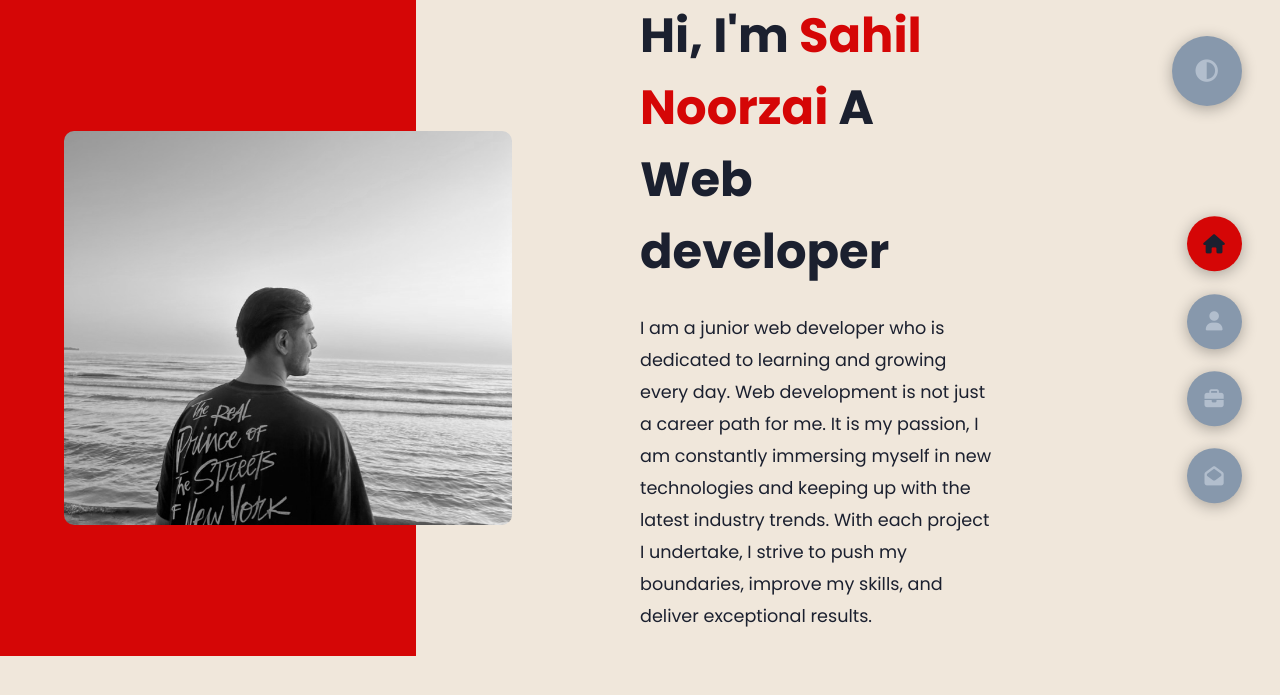
Repository: nftGambler/noorzai-portfolio
Page: index.html
An editor plug-in stored every save of this project. The page is shown before and after the next save, followed by the edit.
The browser window is 1280 px wide. The pictures show the whole page.
After loading, the first visible `div.theme-btn` was clicked once.
The style sheet was rebuilt from its Sass, Less or Tailwind sources for each picture, by a compiler version that may differ from the author's.

Above is the page before, as saved 2023-11-23 21:34:47.

### index.html
<!DOCTYPE html>
<html lang="en">
<head>



  <link rel="stylesheet" href="https://cdnjs.cloudflare.com/ajax/libs/font-awesome/6.4.0/css/all.min.css" integrity="sha512-iecdLmaskl7CVkqkXNQ/ZH/XLlvWZOJyj7Yy7tcenmpD1ypASozpmT/E0iPtmFIB46ZmdtAc9eNBvH0H/ZpiBw==" crossorigin="anonymous" referrerpolicy="no-referrer">
  <link rel="stylesheet" href="/style/styles.css">
  <link rel="preconnect" href="https://fonts.googleapis.com">
  <link rel="preconnect" href="https://fonts.gstatic.com" crossorigin>
  <link href="https://fonts.googleapis.com/css2?family=Poppins:wght@400;500;600;700;800&display=swap" rel="stylesheet">
  <meta charset="UTF-8">
  <meta http-equiv="X-UA-Compatible" content="IE=edge">
  <meta name="viewport" content="width=device-width, initial-scale=1.0">
  <title>Portfolio</title>
</head>
<body class="main-content">

<header class="section sec1 header active" id="home">
  <div class="header-content">
    <div class="left-header">
      <div class="h-shape"></div>
      <div class="image">
        <img src="/images/D34CA683-6714-454B-97C2-18B314A18C3F_1_105_c.jpeg">
      </div>


    </div>
    <div class="right-header">
  <h1 class="name">Hi, I'm <span>Sahil Noorzai</span> A Web developer</h1>
  <p>
    I am a junior web developer who is dedicated to learning and growing
    every day. Web development is not just a career path for me. It is my passion, I am constantly
    immersing myself in new technologies and keeping up with the latest industry trends.
    With each project I undertake, I strive to push my boundaries, improve my skills, and deliver exceptional results.
  </p>

    </div>
  </div>

</header>

<main>
  <section class="section sec2 about" id="about">

    <div class="main-title">
        <h2>About <span>me</span> <span class="bg-text"></span></h2>
    </div>

    <div class="about-container">
      <div class="left-about">
        <h4>Information About me</h4>
        <p>
          As a passionate front-end developer, I have embarked on an inspiring self-taught
          journey for the past 1.5 years. Motivated by deep curiosity for web development and a desire
          to expand my skillset, I have dedicated countless hours to honing my craft independently. Throughout this time,
          I have proactively sought out a diverse range of resources, online tutorials, and coding communities, which have played
          a pivotal role in shaping my expertise. From humble beginnings to successfully completing numerouse personal projects, each step
          of this transformative journey has reinforced my adaptabillity, resourcefulness, and unwavering commitment to excellence in front-end development.
        </p>

        <div class="btn-con">

        </div>

      </div>

      <div class="right-about">
        <div class="about-item">
          <div class="abt-text">
            <p class="large-text">Javascript</p>

          </div>
        </div>
        <div class="about-item">
          <div class="abt-text">
            <p class="large-text">React JS</p>

          </div>
        </div>
        <div class="about-item">
          <div class="abt-text">
            <p class="large-text">HTML/HTML5</p>

          </div>
        </div>
        <div class="about-item">
          <div class="abt-text">
            <p class="large-text">CSS/Tailwind-CSS</p>

          </div>
        </div>
      </div>

    </div>

    <div class="about-stats">
      <h4 class="stat-title">My Skills</h4>
  </section>


  <section class="section sec3 portfolio" id="portfolio">

  <div class="main-title">
      <h2>My <span>Portfolio</span><span class="bg-text"></span></h2>
  </div>
  <p class="port-text">
    Several hands-on projects from reputable online courses and tutorials.
  </p>

<div class="portfolios">



  <div class="portfolio-item">
    <div class="image">
      <img src="/images/pngwing.com-3.png" alt="">
    </div>
    <div class="hover-items">

      <h3>Project Source</h3>
      <div class="icons">
        <a class="icon" href="https://countriesrestapiproject.netlify.app" target="_blank">
          <i class="fab fa-github"></i>
        </a>
      </div>

    </div>


  </div>


  <div class="portfolio-item">
    <div class="image">
      <img src="/images/crypto.png" alt="">
    </div>
    <div class="hover-items">

      <h3>Project Source</h3>
      <div class="icons">
        <a class="icon" href="https://crypto-project-portfolio.netlify.app" target="_blank">
          <i class="fab fa-github"></i>
        </a>
      </div>

    </div>


  </div>





  <div class="portfolio-item">
    <div class="image">
      <img src="/images/6831872.png" alt="">
    </div>
    <div class="hover-items">

      <h3>Project Source</h3>
      <div class="icons">
        <a class="icon" href="https://nftgambler.github.io/Game/" target="_blank">
          <i class="fab fa-github"></i>
        </a>
      </div>

    </div>


  </div>


  <div class="portfolio-item">
    <div class="image">
      <img src="/images/pngwing.com (1).png" alt="">
    </div>
    <div class="hover-items">

      <h3>Project Source</h3>
      <div class="icons">
        <a class="icon" href="https://amazon-portfolio-project.netlify.app/" target="_blank">
          <i class="fab fa-github"></i>
        </a>
      </div>

    </div>


  </div>


  <div class="portfolio-item">
    <div class="image">
      <img src="/images/youtube-logo-png-2067.png" alt="">
    </div>
    <div class="hover-items">

      <h3>Project Source</h3>
      <div class="icons">
        <a class="icon" href="https://youtube-portfolio-project.netlify.app" target="_blank">
          <i class="fab fa-github"></i>
        </a>
      </div>

    </div>


  </div>




  <div class="portfolio-item">
    <div class="image">
      <img src="/images/icons8-pair-app-500.png" alt="">
    </div>
    <div class="hover-items">

      <h3>Project Source</h3>
      <div class="icons">
        <a class="icon" href="https://small-api-project.netlify.app" target="_blank">
          <i class="fab fa-github"></i>
        </a>
      </div>

    </div>


  </div>
</div>


  </section>


  <section class="section sec5 contacts" id="contact">

    <div class="contact-container">
      <div class="main-title">
        <h2>Contact<span>Me</span><span class="bg-text"></span></h2>
      </div>
      <div class="contact-content-container">
        <div class="left-contact">

          <div class="contact-info">
            <div class="contact-item">
              <div class="icon">
                <i class="fas fa-envelope"></i>
                <span>Email</span>
              </div>
              <p>
                <span>sharo.s.n@hotmail.com</span>
              </p>
            </div>

            <div class="contact-item">
              <div class="icon">
                <i class="fas fa-user-graduate"></i>
                <span>Mobile Number</span>
              </div>
              <p>
                <span>438-528-6982</span>
              </p>
            </div>


            <div class="contact-item">
              <div class="icon">
                <i class="fas fa-map-marker-alt"></i>
                <span>Location</span>
              </div>
              <p>
                <span>
                  Montreal, Canada
                </span>
              </p>
            </div>


            <div class="contact-item">
              <div class="icon">
                <i class="fa-solid fa-globe"></i>
                <span>Languages</span>
              </div>
              <p>
                <span>
                  German, Persian, English
                </span>
              </p>
            </div>
          </div>



        </div>



          <div class="right-contact">

            <form action="mailto:sharo.s.n@hotmail.com" method="post" enctype="text/plain">
              <div class="form-group">
                <label for="name">Name:</label>
                <input class="input-control" type="text" id="name" name="name" required>
              </div>
              <div class="form-group">
                <label for="email">Email:</label>
                <input class="input-control" type="email" id="email" name="email" required>
              </div>
              <div class="form-group">
                <label for="message">Message:</label>
                <textarea class="input-control" id="message" name="message" rows="4" required></textarea>
              </div>
              <button class="submit-btn" type="submit">Send</button>
            </form>
          </div>




      </div>

    </div>

  </section>


</main>


<div class="controlls">
  <div class="control control-1 active-btn" data-id="home">
    <i class="fas fa-house"></i>
  </div>
  <div class="control control-2" data-id="about">
    <i class="fas fa-user"></i>
  </div>
  <div class="control control-3" data-id="portfolio">
    <i class="fas fa-briefcase"></i>
  </div>
  <div class="control control-5" data-id="contact">
    <i class="fas fa-envelope-open"></i>
  </div>
</div>

<div class="theme-btn">
  <i class="fas fa-adjust"></i>
</div>




<script src="/app.js"></script>
</body>
</html>

### app.js
const sections = document.querySelectorAll(".section");
const sectBtns = document.querySelectorAll(".controlls");
const allSections = document.querySelectorAll(".main-content");

function PageTransition() {
  // Button click active class
  const sectBtn = document.querySelectorAll(".control");

  for (let i = 0; i < sectBtn.length; i++) {
    sectBtn[i].addEventListener('click', function(){
      let currentBtn = document.querySelector('.active-btn');
      if (currentBtn) {
        currentBtn.classList.remove('active-btn');
      }
      this.classList.add('active-btn');
    });

  }

  allSections.forEach((section) => {
    section.addEventListener('click', (e) => {
      const id = e.target.dataset.id;
      if (id) {
        sectBtns.forEach((btn) => {
          btn.classList.remove('active');
        });
        e.target.classList.add('active');

        sections.forEach((section) => {
          section.classList.remove('active');
        });
        const element = document.getElementById(id);
        element.classList.add('active');
      }
    });
  });
  //Toggle theme
  const themeBtn = document.querySelector('.theme-btn');
  themeBtn.addEventListener('click', () => {
    let element = document.body;
    element.classList.toggle('light-mode')
  })
}

PageTransition();

### style/styles.scss


* {
  margin: 0;
  padding: 0;
  box-sizing: border-box;
  list-style: none;
}


:root {
  --color-primary: #191d2d;
  --color-secondary: #d50606;
  --color-white: #FFFFFF;
  --color-black: #000;
  --color-grey0: #f8f8f8;
  --color-grey-1: #dbe1e8;
  --color-grey-2: #b2becd;
  --color-grey-3: #6c7983;
  --color-grey-4: #454e56;
  --color-grey-5: #2a2e35;
  --color-grey-6: #12181b;
  --br-sm-2: 14px;
  --box-shadow-1: 0 3px 15px rgba(0,0,0,.3)
}

.light-mode{
  --color-primary: rgb(240,231,219);
  --color-secondary: #d50606;
  --color-white: rgb(27,32,47);
  --color-black: #000;
  --color-grey0: #f8f8f8;
  --color-grey-1:rgb(27,32,47);
  --color-grey-2: #b2becd;
  --color-grey-3: #6c7983;
  --color-grey-4: rgb(135, 152, 172);
  --color-grey-5:  #b2becd;
  --color-grey-6: #12181b;
}



body {
  background-color: var(--color-primary);
  font-size: 1.1rem;
  font-family: 'Poppins', sans-serif;
  color: var(--color-white);
  transition: all .4s ease-in-out;
}

a{
  display: inline-block;
  text-decoration: none;
  color: inherit;
  font-family: inherit;
}

header {
  min-height: 100vh;
  color: var(--color-white);
  overflow: hidden;
}

section {
  min-height: 100vh;
  width: 100%;
  position: absolute;
  left: 0;
  top: 0;
  padding: 3rem 18rem;
}


.section{
  transform: translateY(-100);
  transition: all .4s ease-in-out;
  background-color: var(--color-primary);
}

.sec1{
  display: none;
  transform: translateY(0) scale(1);

}

.sec2{
  display: none;
  transform: translateY(0) scale(1);
}

.sec3{
  display: none;
  transform: translateY(0) scale(1);
}

.sec4{
  display: none;
  transform: translateY(0) scale(1);
}

.sec5{
  display: none;
  transform: translateY(0) scale(1);
}

.active{
  display: block;
  animation: scaleAnim 1s ease-in-out;
  @keyframes scaleAnim {
    0%{
      transform: translateY(-100%) scale(0)
    }

     100%{
      transform: translateY(0) scaleY(1);
     }

  }
}


//controls

.controlls{
  position: fixed;
  z-index: 10;
  top: 50%;
  right: 3%;
  display: flex;
  flex-direction: column;
  align-items: center;
  justify-content: center;
  transform: translateY(-50%);



  .active-btn{
    background-color: var(--color-secondary) !important;
    transition: all .4s ease-in-out;
    i{
      color: var(--color-white) !important;
    }
  }

  .control {
    padding: 1rem;
    cursor: pointer;
    background-color: var(--color-grey-4);
    width: 55px;
    height: 55px;
    border-radius: 50%;
    display: flex;
    justify-content: center;
    align-items: center;
    margin: .7rem 0;
    box-shadow: var(--box-shadow-1);
    i{
      font-size: 1.2rem;
      color: var(--color-grey-2);
      pointer-events: none;
    }
  }
}


.theme-btn{
top: 5%;
right: 3%;
width: 70px;
height: 70px;
border-radius: 50%;
background-color: var(--color-grey-4);
cursor: pointer;
position: fixed;
display: flex;
justify-content: center;
align-items: center;
box-shadow: 0 3px 15px rgba(0,0,0,.3);
transition: all .1s ease-in-out;
&:active{
  transform: translateY(-5px);
}
i{
  font-size: 1.4rem;
  color: var(--color-grey-2);
  pointer-events: none;
}
}




.header-content {
  display: grid;
  grid-template-columns: repeat(2, 1fr);
  min-height: 100%;
  .left-header {
    display: flex;
    align-items: center;
    position: relative;
    .h-shape {
      transition: all .4s ease-in-out;
      width: 65%;
      height: 100%;
      background-color: var(--color-secondary);
      position: absolute;
      left: 0;
      top: 0;
      z-index: -1;
      // clip-path: polygon(0 0, 56% 0, 76% 100%, 18% 100%);


    }
    .image {
      border: var(--br-sm-2);
      height: 60%;
      width: 70%;
      margin-left: 4rem;
      // background-color: var(--color-black);
      transition: all .4s ease-in-out;
      border-radius: 10px;
      img {
        width: 100%;
        height: 100%;
        object-fit: cover;
        transition: all .4s ease-in-out;
        border-radius: 10px;


        filter: grayscale(100%);
        &:hover {
          filter: grayscale(0);
        }
      }
    }
  }


  .right-header {
    display: flex;
    flex-direction: column;
    justify-content: center;
    padding-right: 18rem;
    .name {
      font-size: 3rem;

      span{
        color: var(--color-secondary);
      }
    }
    p{
      margin: 1.5rem 0;
      line-height: 2rem;
    }
  }
}



//About

.about-container{
  display: grid;
  grid-template-columns: repeat(2, 1fr);
  padding-top: 3.5rem;
  padding-bottom: 5rem;
  .right-about {
    display: grid;
    grid-template-columns: repeat(2, 1fr);
    grid-gap: 2rem;
    .about-item {
      border: 1px solid var(--color-grey-5);
      border-radius: 5px;
      transition: all .4s ease-in-out;
      box-shadow: 1px 2px 15px rgba(0,0,0,.1);
      &:hover {
        cursor: default;
        transform: translateY(-5px);
        border: 1px solid var(--color-secondary);
        box-shadow: 1px 2px 15px rgba(0,0,0,.32);

      }
      .abt-text{
        padding: 1.5rem;
        display: flex;
        flex-direction: column;
        .large-text{
          margin: auto;
          font-size: 2.5rem;
          font-weight: 700;
          color: var(--color-secondary);
        }
        .small-text{
          padding-left: 3rem;
          position: relative;
          text-transform: uppercase;
          font-size: 1.2rem;
          color: var(--color-grey-1);
          letter-spacing: 2px;
          &::before{
            content: '';
            position: absolute;
            left: 0;
            top: 15px;
            width: 2rem;
            height: 2px;
            background-color: var(--color-grey-5);
          }
        }
      }
    }
  }


  .left-about{
    padding-right: 5rem;
    p{
      line-height: 2rem;
      padding: 1rem;
      color: var(--color-grey-1);
    }
    h4{
      font-size: 2rem;
      text-transform: uppercase;
    }
  }
}


.stat-title {
  text-transform: uppercase;
  font-size: 1.4rem;
  text-align: center;
  padding: 3.5rem 0;
  position: relative;
  // gray line
  &::before{
    content: '';
    position: absolute;
    left: 50%;
    top: 0;
    width: 40%;
    height: 1px;
    background-color: var(--color-grey-5);
    transform: translateX(-50%);
  }
}







//Contact section

.contact-content-container {

  display: flex;
  padding-top: 3.5rem;
  flex-direction: column;
  .left-contact {
    flex: 2;
    h4{
      margin-top: 1rem;
      font-size: 2rem;
      text-transform: uppercase;
    }
    p {
      margin: 1rem 0;
      line-height: 2rem;
    }

    .contact-info{
      .contact-item{
        display: flex;
        align-items: center;
        justify-content: space-between;


        p{
          margin: .3rem 0 !important;
          padding: 0 !important;
        }
        .icon{
          display: grid;
          grid-template-columns: 40px 1fr;
          i{
            display: flex;
            align-items: center;
            font-size: 1.3rem;
          }
        }
      }
    }
    .contact-icon{
      display: flex;
      margin: 2rem;

    }
  }

  .right-contact {
    display: flex;
    flex-direction: column;
    max-width: 500px;
    margin-top: 10rem;


    .input-control {

      background-color: var(--color-grey-5);
      border: none;
      border-radius: 30px;
      font-weight: inherit;
      font-size: inherit;
      font-family: inherit;
      padding: .8rem 1.1rem;
      outline: none;
      width: 100%;
      color: var(--color-white);
      resize: none;
    }
  }

  .submit-btn{

        display: flex;
        justify-content: flex-start;
        padding: .4rem 2rem;
        border-radius: 20px;
        border: none;
        background-color: var(--color-grey-5);
        color: white;
      }



}









/*Independent components*/
.btn-con{
  display: flex;
  align-self: flex-start;
}
.main-btn {
  border-radius: 30px;
  color: inherit;
  font-weight: 600;
  position: relative;
  border: 1px solid var(--color-secondary);
  display: flex;
  align-self: flex-start;
  align-items: center;
  overflow: hidden;
  .btn-text {
    padding: 0 2rem;
  }
  .btn-icon{
    background-color: var(--color-secondary);

    display: flex;
    align-items: center;
    justify-self: center;
    border-radius: 50%;
    padding: 1rem;
  }


  .submit-button{
    background-color: transparent;
    color: white;
    border: none;
  }

  &::before{
    content: '';
    position: absolute;
    top: 0;
    right: 0;
    transform: translateX(100%);
    transition: all .4s ease-in-out;
    z-index: -1;
  }

  &:hover{
    &::before{
      width: 100%;
      height: 100%;
      background-color: var(--color-secondary);
      transform: translateX(0);
    }
  }
}


.main-title {
  text-align: center;
  h2{
    position: relative;
    text-transform: uppercase;
    font-size: 4rem;
    font-weight: 700;

    span{
      color: var(--color-secondary);
    }

    .bg-text{
      position: absolute;
      top: 50%;
      left: 50%;
      color: var(--color-grey-5);
      transition: all .4s ease-in-out;
      z-index: -1;
      transform: translate(-50%, -50%);
      font-weight: 800;
      font-size: 6.3rem;
    }

  }
}




.port-text{
  padding: 2rem 0;
  text-align: center;
  color: var(--color-grey-3);
}

.portfolios{
  display: grid;
  grid-template-columns: repeat(3, 1fr);
  grid-gap: 2rem;
  margin-top: 3rem;
  .portfolio-item{
    position: relative;
    img{
      width: 80%;
      height: 100%;
      object-fit: cover;
    }
    .hover-items{
      width: 100%;
      height: 100%;
      background-color: var(--color-secondary);
      position:absolute;
      left: 0;
      top: 0;
      border-radius: 15px;
      display: flex;
      justify-content: center;
      align-items: center;
      flex-direction: column;
      //to change the background to default
      opacity: 0;
      transform: scale(0);
      transition: all .4s ease-in-out;
      h3{
        font-size: 1rem;
        margin-bottom: 1rem;
        color: var(--color-white);
      }
      .icons {
        display: flex;
        justify-content: center;
        align-items: center;
        .icon{
          background-color: var(--color-primary);
          border-radius: 50%;
          width: 50px;
          height: 50px;
          display: flex;
          align-items: center;
          justify-content: center;
          margin: 0 1rem;
          cursor: pointer;
          transition: all .4s ease-in-out;

          i{
            font-size: 1rem;
            color: var(--color-white);
            margin: 0 1rem;
          }
          &:hover {
            background-color: var(--color-white);
            i{
              color: var(--color-primary);
            }
          }
        }


      }
    }
  }
}


.portfolio-item:hover .hover-items{
  opacity: 1;
  transform: scale(1);
}

@import './media';

### style/_media.scss

@media screen and (max-width: 600px) {

  .about-container{


    .right-about{
      padding-top: 2.5rem;
      grid-template-columns: 1fr;
    }

    .left-about{
      padding-right: 0;
      p{
        padding-left: 0;

      }
    }
  }

}

@media screen and (max-width: 900px){
  header{
    padding: 0;
  }
  header .right-header{
    padding: 2rem !important;
  }

.theme-btn{
  width: 50px;
  height: 50px;
}

.header-content {
  grid-template-columns: 1fr;
  padding-bottom: 6rem;
}

.left-header{
  .h-shape{
    display: none;
  }
}

.right-header{
  grid-row: 1;
  width: 90%;
  margin: 0 auto;
  .name{
    font-size: 2.5rem !important;
  }
}

.header-content .left-header .image {
  margin: 0 auto;
  width: 90%;
  height: 100%;
}

.about-container{
  grid-template-columns: 1fr;
  .right-about{
    padding-top: 2.5rem;
  }

  .left-about{
    padding-right: 0;
    p{
      padding-left: 0;
    }
  }
}

.about-stats{
  .progress-bars{
    grid-template-columns: 1fr;
  }
}

.portfolios{
  grid-template-columns: 1fr 1fr;
  padding-bottom: 2rem;

}


.contact-content-container{

  flex-direction: column;
  .right-contact{
    margin-left: 0;
    margin-top: 2.5rem;
  }
}


.section{
  padding: 2rem 2.5rem !important;
}

.main-title{
  h2{
    font-size: 2rem;
    span{
      font-size: 1.5rem;
    }
    .bg-text{
      font-size: 3rem;
    }
  }
}


  .controlls{
    top: auto;
    bottom: 0;
    flex-direction: row;
    justify-content: center;
    left: 50%;
    transform: translateX(-50%);
    width: 100%;
    background-color: var(--color-grey-5);
    .control{
      margin: 1rem .3rem;
    }
  }
}





@media screen and (max-width: 1900px){

  .about-container{
    grid-template-columns: 1fr;
    .right-about{
      padding-top: 2.5rem;

    }

    .left-about{
      padding-right: 0;
      p{
        padding-left: 0;
      }
    }
  }

  .about-stats{
    .progress-bars{
      grid-template-columns: 1fr;
    }
  }



  .main-title{
    h2{
      font-size: 1rem;

      span{
        font-size: 2rem;
      }
      .bg-text{
        display: none;
      }
    }
  }



.contact-content-container{
  flex-direction: column;

  .right-contact{
    margin-left: 0;
    margin-top: 2.5rem;

  }
}

}

After the next save:
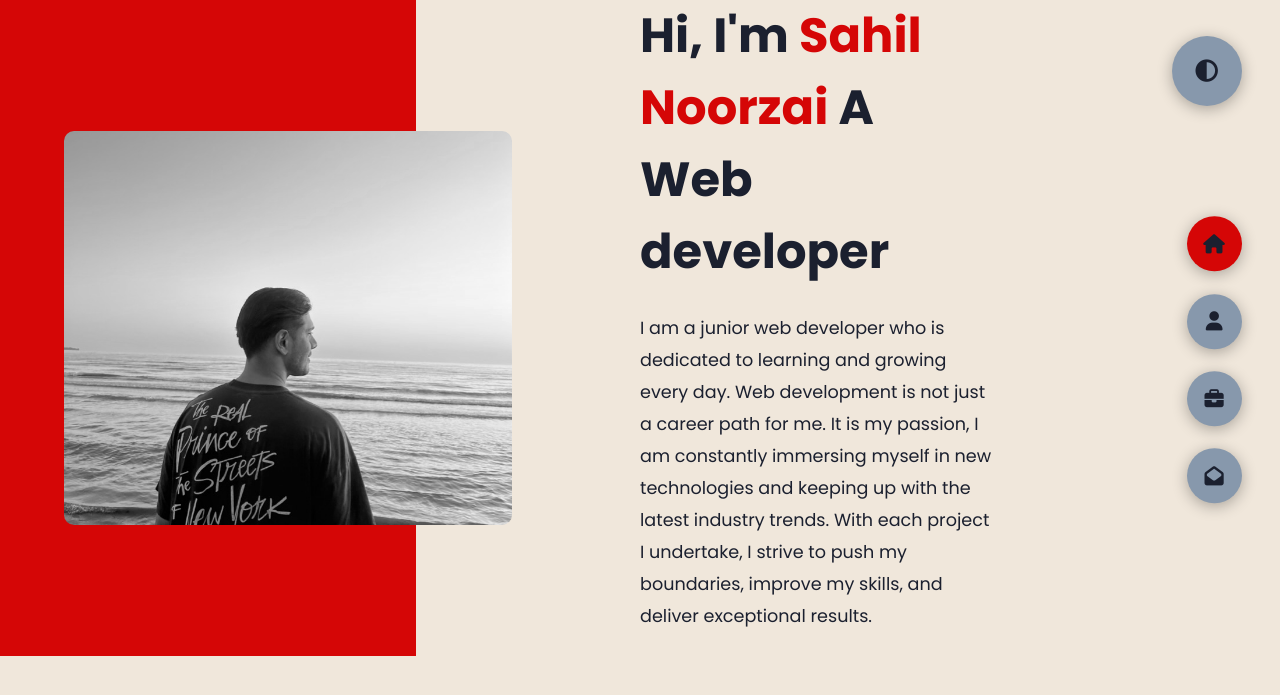
Saved 31 s later.
--- a/style/styles.scss
+++ b/style/styles.scss
@@ -31,8 +31,8 @@
   --color-black: #000;
   --color-grey0: #f8f8f8;
   --color-grey-1:rgb(27,32,47);
-  --color-grey-2: #b2becd;
-  --color-grey-3: #6c7983;
+  --color-grey-2: rgb(27,32,47);
+  --color-grey-3: rgb(27,32,47);
   --color-grey-4: rgb(135, 152, 172);
   --color-grey-5:  #b2becd;
   --color-grey-6: #12181b;
